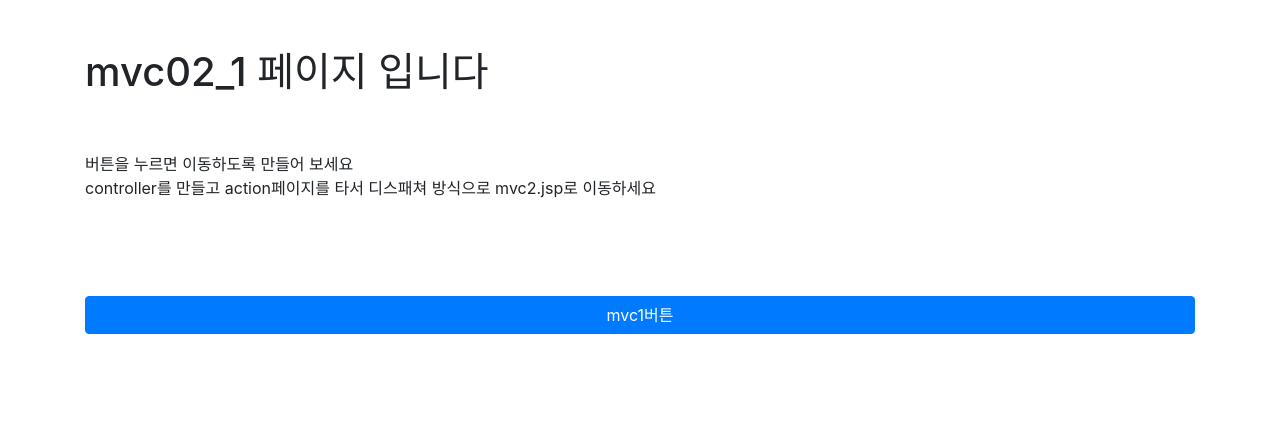
Repository: jaybon1/clone1
Page: http://localhost/sat0613/mvc05_1.jsp
An editor plug-in stored every save of this project. The page is shown before and after the next save, followed by the edit.
The browser window is 1280 px wide. The pictures show the whole page.
The page is served by Tomcat 9.

Above is the page before, as saved 2020-06-10 16:06:22.

After the next save:
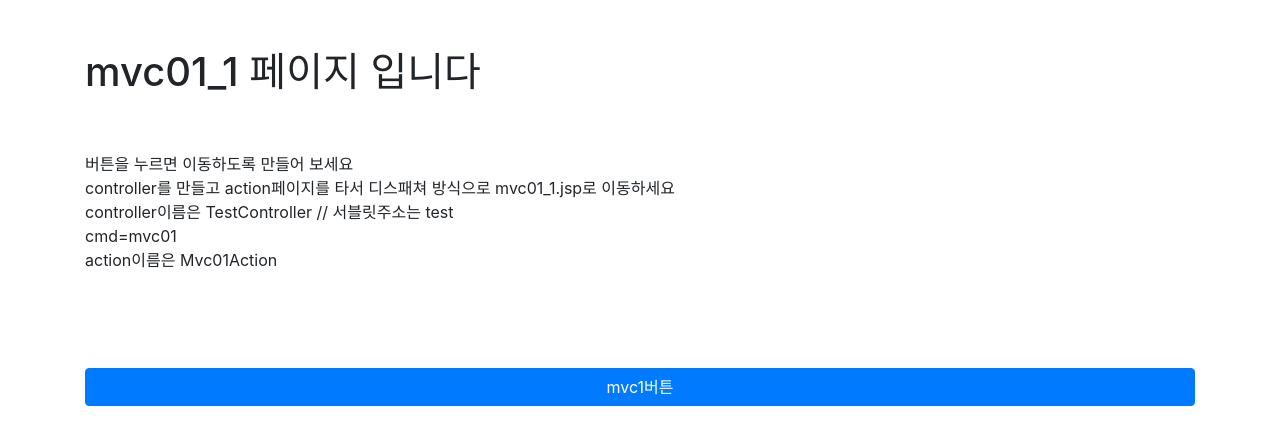
Saved 3 min 53 s later.
--- a/sat0613/WebContent/mvc05_1.jsp
+++ b/sat0613/WebContent/mvc05_1.jsp
@@ -13,11 +13,14 @@
 	<div class="container">
 		<br/>
 		<br/>
-		<h1>mvc02_1 페이지 입니다</h1>
+		<h1>mvc01_1 페이지 입니다</h1>
 		<br/>
 		<br/>
 		<div> 버튼을 누르면 이동하도록 만들어 보세요</div>
-		<div> controller를 만들고 action페이지를 타서 디스패쳐 방식으로 mvc2.jsp로 이동하세요</div>
+		<div> controller를 만들고 action페이지를 타서 디스패쳐 방식으로 mvc01_1.jsp로 이동하세요</div>
+		<div> controller이름은 TestController // 서블릿주소는 test</div>
+		<div> cmd=mvc01</div>
+		<div> action이름은 Mvc01Action</div>
 		<br/>
 		<br/>
 		<br/>
